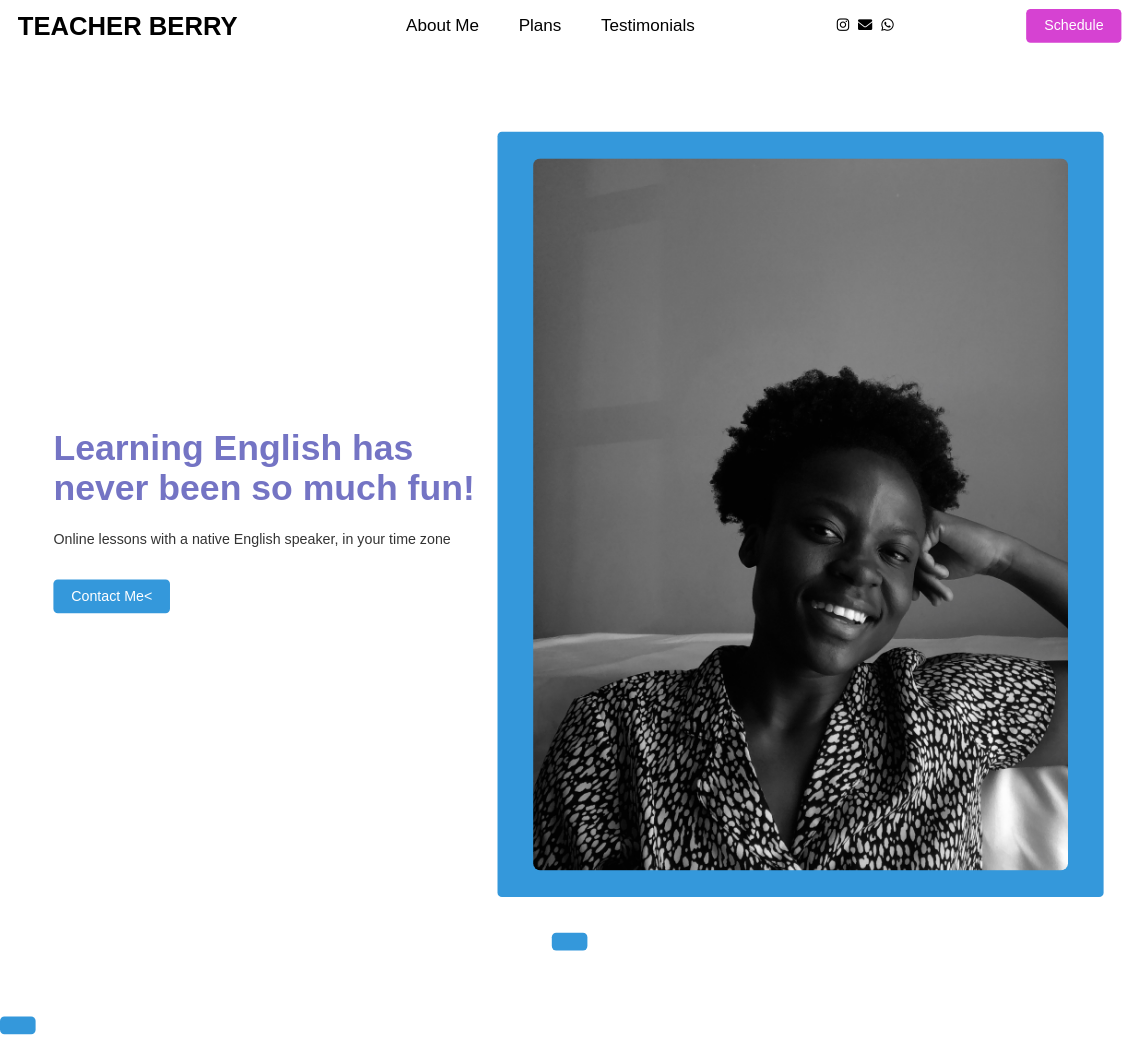
Repository: ntandomagana/esl-landing-page
Page: index.html
An editor plug-in stored every save of this project. The page is shown before and after the next save, followed by the edit.
The browser window is 1280 px wide. The pictures show the whole page, at 89% of full size.

Above is the page before, as saved 2024-07-16 23:42:34.

### index.html
<!DOCTYPE html>
<html lang="en">
<head>
    <meta charset="UTF-8">
    <meta name="viewport" content="width=device-width, initial-scale=1.0">
    <link rel="stylesheet" href="https://cdnjs.cloudflare.com/ajax/libs/font-awesome/6.0.0-beta3/css/all.min.css">

    <title>Berry's English</title>
    <link rel="stylesheet" href="index.css">
</head>
<body>
    <!-- Header Section -->
    <header>
        <div class="header-container">
            <div class="logo">Teacher Berry</div>
            <nav>
                <ul>
                    <li><a href="#about">About Me</a></li>
                    <li><a href="#services">Plans</a></li>
                    <li><a href="#testimonials">Testimonials</a></li>

                </ul>
            </nav>
            <div class="social-links">
                <a href="#" class="social-link"><i class="fab fa-instagram"></i></a>
                <a href="mailto:berry@example.com" class="social-link"><i class="fas fa-envelope"></i></a>
                <a href="https://wa.me/1234567890" class="social-link"><i class="fab fa-whatsapp"></i></a>
            </div>
            <a href="#contact" class="schedule-button">Schedule</a>
        </div>
    </header>

    <!-- Left and right division -->
     <section class="content-section">
        <div class="content-wrapper">
            <div class="left-content">
                <h2>Learning English has <br />
                    never been so much fun!</h2>
                <p>Online lessons with a native English speaker, in your time zone</p>
                <a href="#contact" class="action-button">Contact Me<
            </div>

            <div class="right-content">
                <img src="./assets/bwpp.jpg" alt="Teacher Berry's Image">

            </div>
        </div>

     </section>
    </footer>
</body>
</html>

### index.css
/* styles.css */

body {
    font-family: Arial, Helvetica, sans-serif;
    margin: 0;
    padding: 0;
}

.header-container {
    display: flex;
    justify-content: space-between;
    align-items: center;
    padding: 10px 20px;
    background-color: white;

}

.logo {
    font-size: 1.8rem;
    font-weight: bold;
    text-transform: uppercase;
    color: black;
}

nav {
    margin-left: 20px; /* Add margin to the left of the entire nav element */
}

nav ul {
    list-style-type: none;
    padding: 0;
    margin: 0;
}

nav ul li {
    display: inline;
    margin: 20px; /* Adjust margin to add space between list items */
}

nav ul li:last-child {
    margin-right: 0;
}

nav ul li a {
    color: rgb(2, 2, 2);
    text-decoration: none;
    font-size: 1.2rem;
}

.social-links {
    display: flex;
    align-items: center;
}

.social-link {
    margin-left: 10px;
    color: black;
}

.schedule-button {
    padding: 10px 20px;
    background-color: #d642d2;
    color: #fff;
    text-decoration: none;
    border-radius: 5px;
    transition: background-color 0.3s ease;
}

.schedule-button:hover {
    background-color: #489fbc;
}

.content-section {
    padding: 50px 0;
    text-align: center;
}

.content-wrapper {
    display: flex;
    justify-content: space-around;
    align-items: stretch;
    max-width: 1200px;
    margin: 20px auto;
}

.left-content {
    flex: 1;
    padding: 20px;
    text-align: left;
    display: flex;
    flex-direction: column;
    justify-content: center;
    align-items: flex-start;
}


.left-content h2 {
    font-size: 2.5rem;
    color: rgb(116, 116, 196);
    margin-bottom: 10px;
    width: 100%;
}

.left-content p {
    font-size: 1rem;
    color: #333;
    width: 100%;
}

.right-content {
    flex: 1;
    padding: 20px;
    text-align: center;
    display: flex;
    justify-content: center;
    align-items: center;
}

.right-content img {
    max-width: 100%;
    height: auto;
    max-height: 800px; /* Example maximum height, adjust as needed */
    border-radius: 8px;
    /* Optional: Adds a subtle shadow */
}

.action-button {
    display: inline-block;
    padding: 10px 20px;
    background-color: #3498db;
    color: #fff;
    text-decoration: none;
    border-radius: 5px;
    transition: background-color 0.3s ease;
    margin-top: 20px; /* Add space above the button */
    position: relative;
     z-index: 1;
}

.action-button:hover {
    background-color: #2980b9;
}

After the next save:
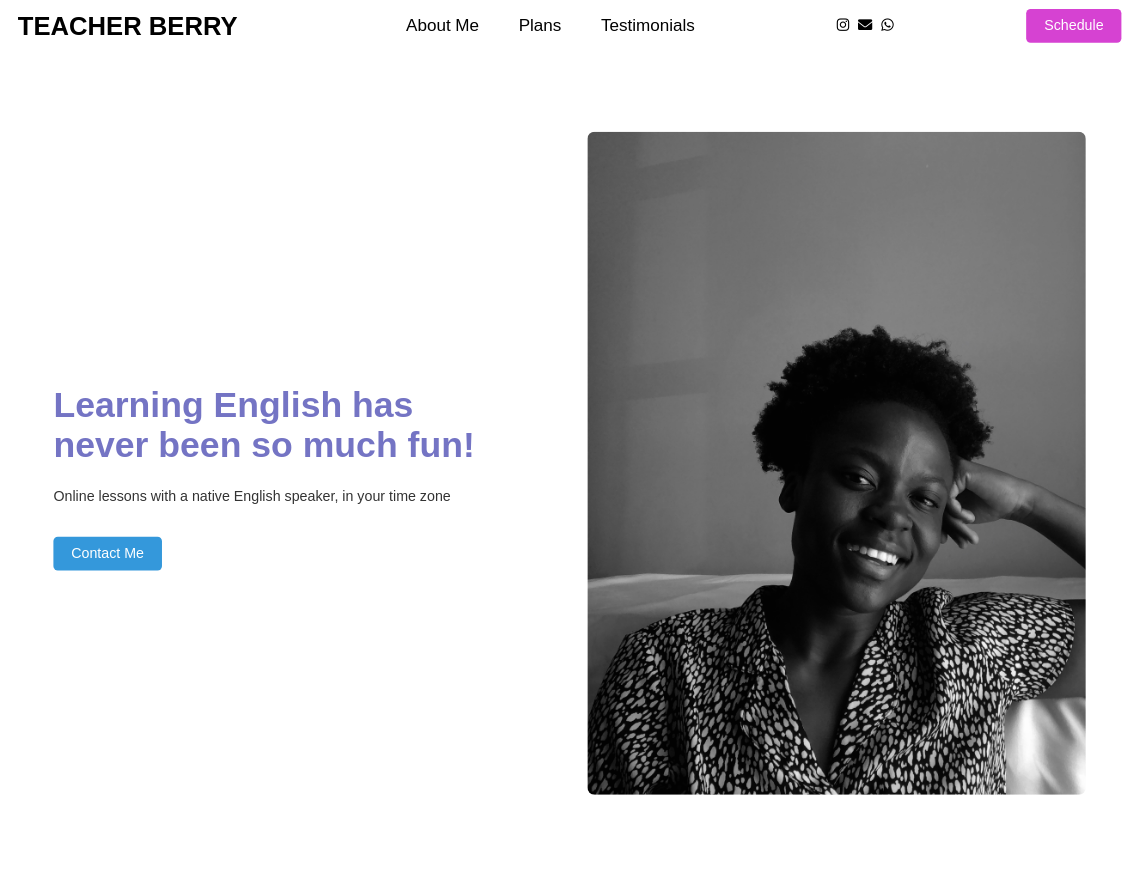
Saved 12 s later.
--- a/index.html
+++ b/index.html
@@ -37,7 +37,7 @@
                 <h2>Learning English has <br />
                     never been so much fun!</h2>
                 <p>Online lessons with a native English speaker, in your time zone</p>
-                <a href="#contact" class="action-button">Contact Me<
+                <a href="#contact" class="action-button">Contact Me</a>
             </div>
 
             <div class="right-content">
